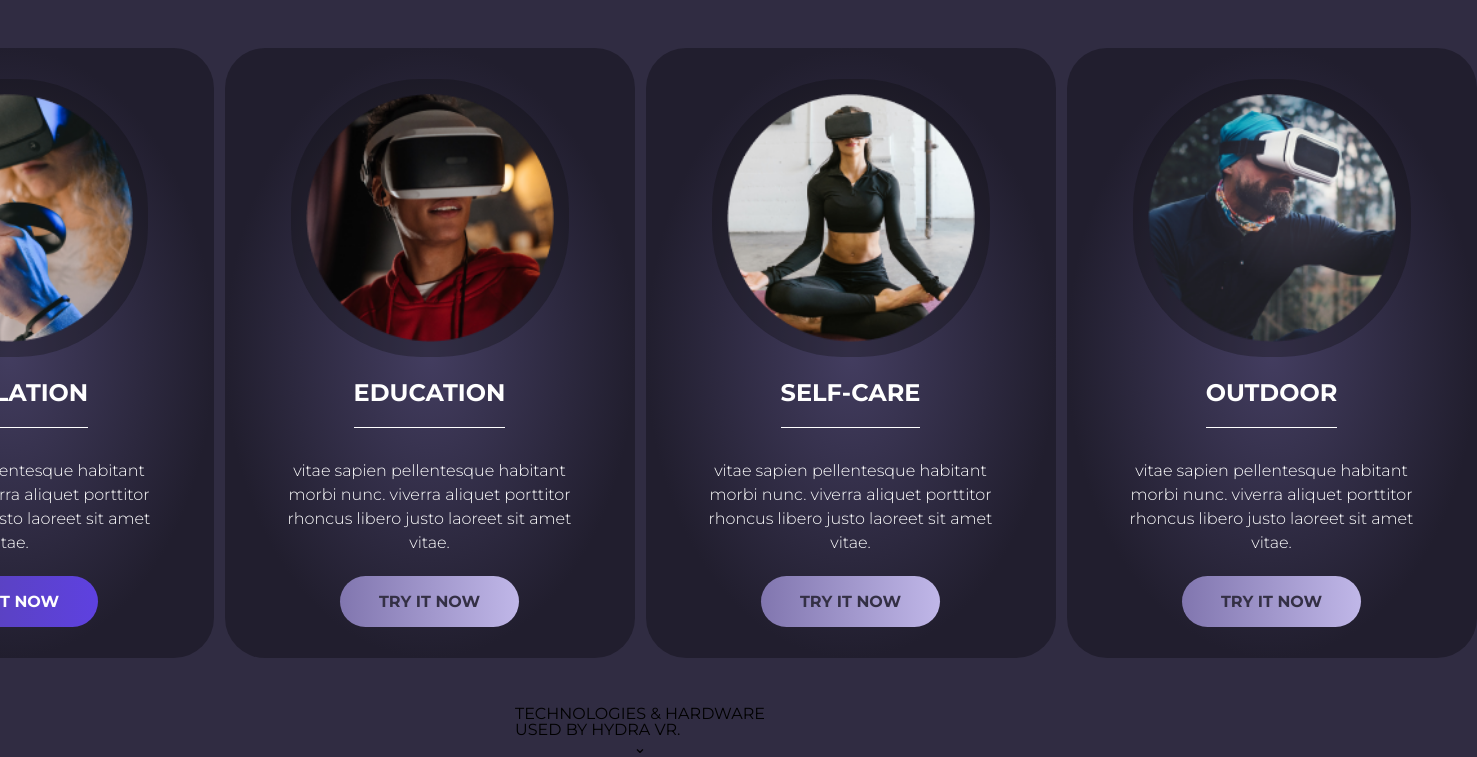
Repository: xMargi/Hydra-LandingPage
Page: index.html
An editor plug-in stored every save of this project. The page is shown before and after the next save, followed by the edit.
The browser window is 1280 px wide. The page is 1477 px wide, so the pictures cover 1477 px, including what lies to the right of the window. The pictures show the whole page.
The pointer rests on the first visible `.cartao__button`.

Above is the page before, as saved 2023-06-07 20:39:45.

### index.html
    <!DOCTYPE html>
    <html lang="pt-br">
    <head>
        <meta charset="UTF-8">
        <meta http-equiv="X-UA-Compatible" content="IE=edge">
        <meta name="viewport" content="width=device-width, initial-scale=1.0">
        <title>Hydra - Landing Page</title>
        <link rel="stylesheet" href="./reset.css">
        <link rel="stylesheet" href="./style.css">
    </head>
    <body>
        <div class="cartoes">
            <div class="cartao">
                <img src="./assets/1.png" alt="Mulher jogando em realidade virtual" class="cartao__img">
                <h1 class="cartao__titulo">Simulation</h1>
                <p class="cartao__paragrafo">Vitae sapien pellentesque habitant morbi
                nunc. Viverra aliquet porttitor rhoncus
                libero justo laoreet sit amet vitae.</p>
                <button class="cartao__button">Try it now</button>
            </div>
            <div class="cartao">
                <img src="./assets/2.png" alt="Homem usando um óculos de realidade virtual" class="cartao__img">
                <h1 class="cartao__titulo">Education</h1>
                <p class="cartao__paragrafo">Vitae sapien pellentesque habitant morbi
                nunc. Viverra aliquet porttitor rhoncus
                libero justo laoreet sit amet vitae.</p>
                <button class="cartao__button">Try it now</button>
            </div>
            <div class="cartao">
                <img src="./assets/3.png" alt="Mulher meditando com óculos de realidade virtual" class="cartao__img">
                <h1 class="cartao__titulo">Self-Care</h1>
                <p class="cartao__paragrafo">Vitae sapien pellentesque habitant morbi
                nunc. Viverra aliquet porttitor rhoncus
                libero justo laoreet sit amet vitae.</p>
                <button class="cartao__button">Try it now</button>
            </div>
            <div class="cartao">
                <img src="./assets/4.png" alt="Homem fazendo exercicíos utilizando um óculos de realidade virtual" class="cartao__img">
                <h1 class="cartao__titulo">Outdoor</h1>
                <p class="cartao__paragrafo">Vitae sapien pellentesque habitant morbi
                nunc. Viverra aliquet porttitor rhoncus
                libero justo laoreet sit amet vitae.</p>
                <button class="cartao__button">Try it now</button>
            </div>
        </div>
        <div class="container__imagem">
            <h1 class="imagem__titulo">Technologies & Hardware</h1>
            <p class="imagem__paragrafo">Used by hydra vr.</p>
        </div>
        <button class="botao__baixo">&#8964</button>
        <script src="./script.js"></script>
    </body>
    </html>

### style.css
@import url('https://fonts.googleapis.com/css2?family=Montserrat:wght@300;400;700&display=swap');

:root{

    --fonte: 'Montserrat', sans-serif;
    --cor-fundo: #302C42;
    --cor-cartao: radial-gradient(50% 50% at 50% 50%, #433D60 0%, #211E2E 100%);
    --cor-button: linear-gradient(90deg, #8176AF 0%, #C0B7E8 100%);
    --cor-hover: linear-gradient(90deg, #5843ad 0%, #5e41e0 100%);
    --cor-branca: #FFFFFF;
    --cor-texto: #343045;
    --cor-sombra: rgba(14, 14, 14, 0.32);
    --weight: 400;

}

body{
    box-sizing: border-box;
    background: var(--cor-fundo);
    display: flex;
    align-items: center;
    flex-direction: column;
    font-family: var(--fonte);
    font-weight: var(--weight);
    text-transform: uppercase;

}

.cartoes{
    margin:3rem 5.4375rem;
    display: flex;
    gap: 0.6875rem;

}

.cartao{
    background: var(--cor-cartao);
    display: flex;
    flex-direction: column;
    gap: 1.3125rem;
    align-items: center;
    justify-content: center;
    text-align: center;
    padding: 3.125rem;
    border-radius: 2.5rem;
    height: 31.875rem;
    width: 19.375rem;
}

.cartao__img{
    background: var(--cor-sombra);
    border-radius: 8.125rem;
    padding: 0.9375rem;
    width: 80%;
}

.cartao__titulo{

    color: var(--cor-branca);
    font-weight: 700;
    font-size: 1.5rem;
    line-height: 1.875rem;
    padding-bottom: 1.2188rem;
    border-bottom: 0.0313rem solid var(--cor-branca);
}

.cartao__paragrafo{
    padding-top: 0.625rem;
    text-transform: lowercase;
    line-height: 1.5rem;
    color: var(--cor-branca);
    font-weight: 300;

}

.cartao__button{

    background: var(--cor-button);
    padding: 1rem 2.4375rem;
    border-radius: 40px;
    font-weight: 700;
    text-transform: uppercase;
    color: var(--cor-texto);
}

.cartao__button:hover{

    background: var(--cor-hover);
    transition: all 280ms;
    color: #fefefe;

}

Loaded but not shown: main/reset.css (common file); script.js (no copy from this time; the picture is the same without it)

After the next save:
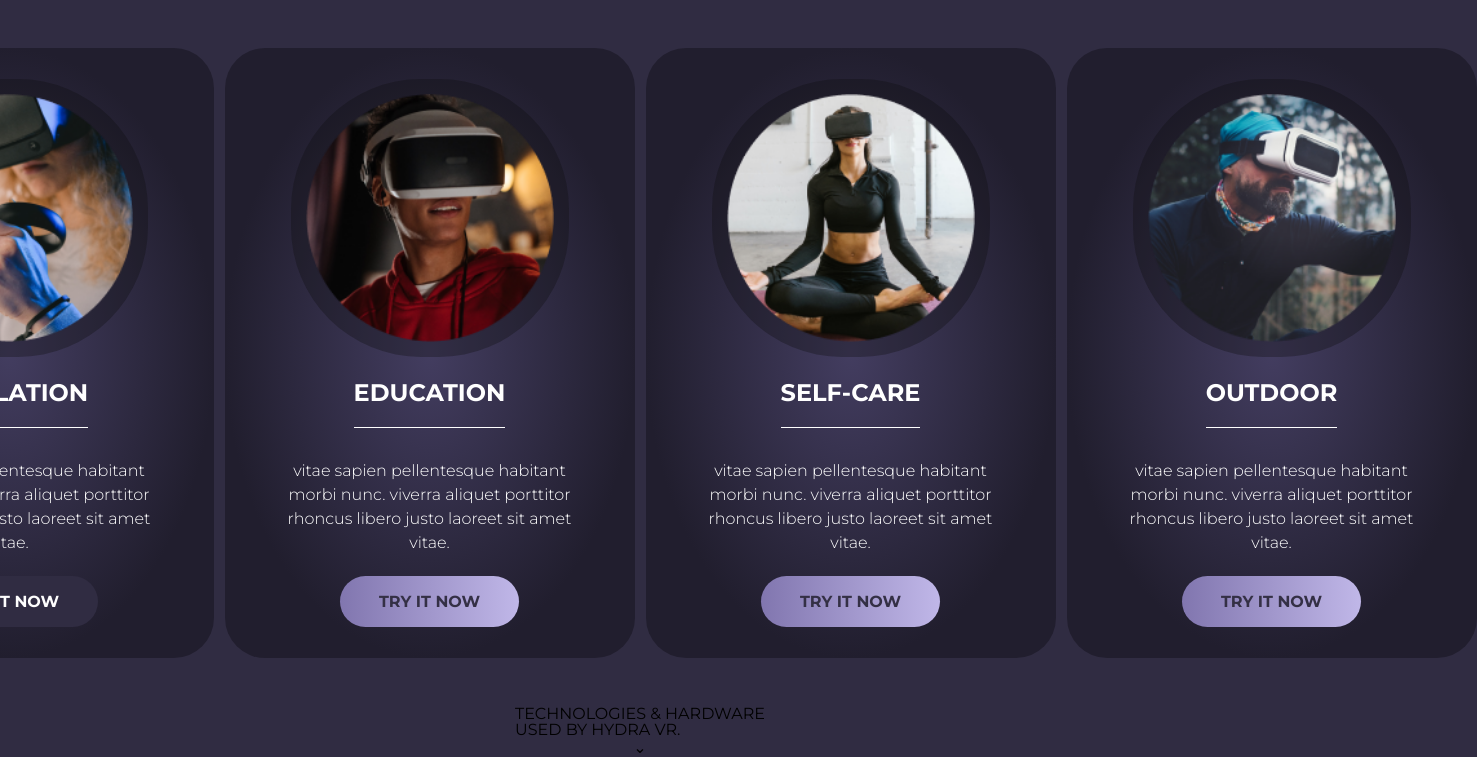
Saved 48 s later.
--- a/style.css
+++ b/style.css
@@ -85,7 +85,7 @@ body{
 
 .cartao__button:hover{
 
-    background: var(--cor-hover);
+    background: var(--cor-fundo);
     transition: all 280ms;
     color: #fefefe;
 
